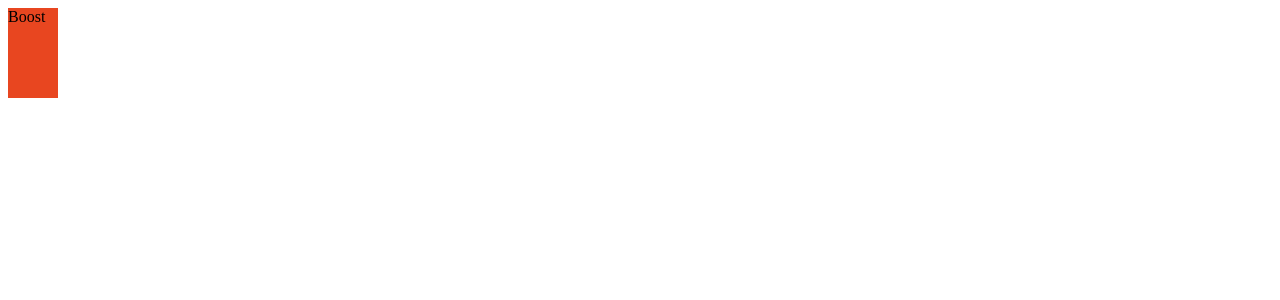
Repository: LiamB123/KeyFrames
Page: challenges/CSS1.html
The author's editor kept a record of every edit. The page is drawn from the files as they stood at one moment, then again after the next edit.
The browser window is 1280 px wide. The pictures show the whole page.

Above is the page before.

### challenges/CSS1.html
<!DOCTYPE html>
<html lang="en">
<head>
    <meta charset="UTF-8">
    <meta name="viewport" content="width=device-width, initial-scale=1.0">
    <meta http-equiv="X-UA-Compatible" content="ie=edge">
    <link rel="stylesheet" href="CSS1.css" type="text/css" />
    <title>Document</title>
</head>
<body>

<div class="box">Boost</div>

</body>
</html>

### challenges/CSS1.css
.box
    { height: 50px;
    width:50px;
    background-color: #e84620;
    transform: 100px,100px;
    animation-name: grow;
    animation-duration:2s;
    animation-iteration-count: infinite


    }

@keyframes grow {

    from { height: 50px ;}

    to {height: 100px ;}
}

After the next edit:
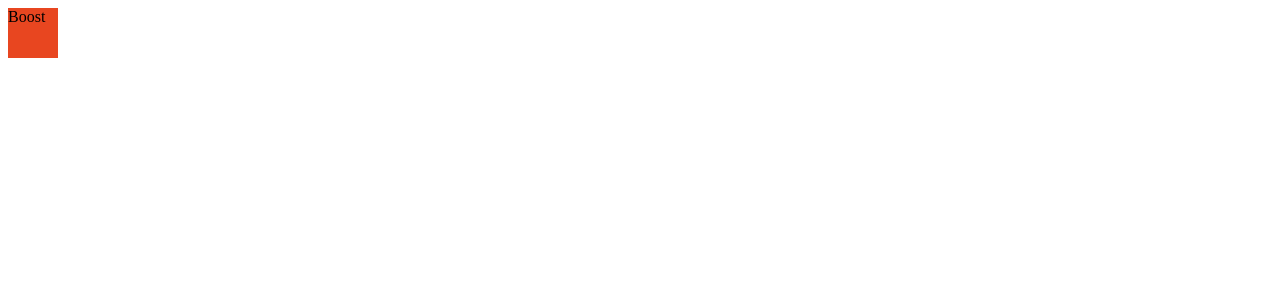
The edit:
--- a/challenges/CSS1.css
+++ b/challenges/CSS1.css
@@ -3,10 +3,14 @@
     width:50px;
     background-color: #e84620;
     transform: 100px,100px;
-    animation-name: grow;
+
+
+    }
+    .box:hover{
+         animation-name: grow;
     animation-duration:2s;
-    animation-iteration-count: infinite
-
+    animation-iteration-count: 1;
+    animation-timing-function: ease-in-out
 
     }
 
